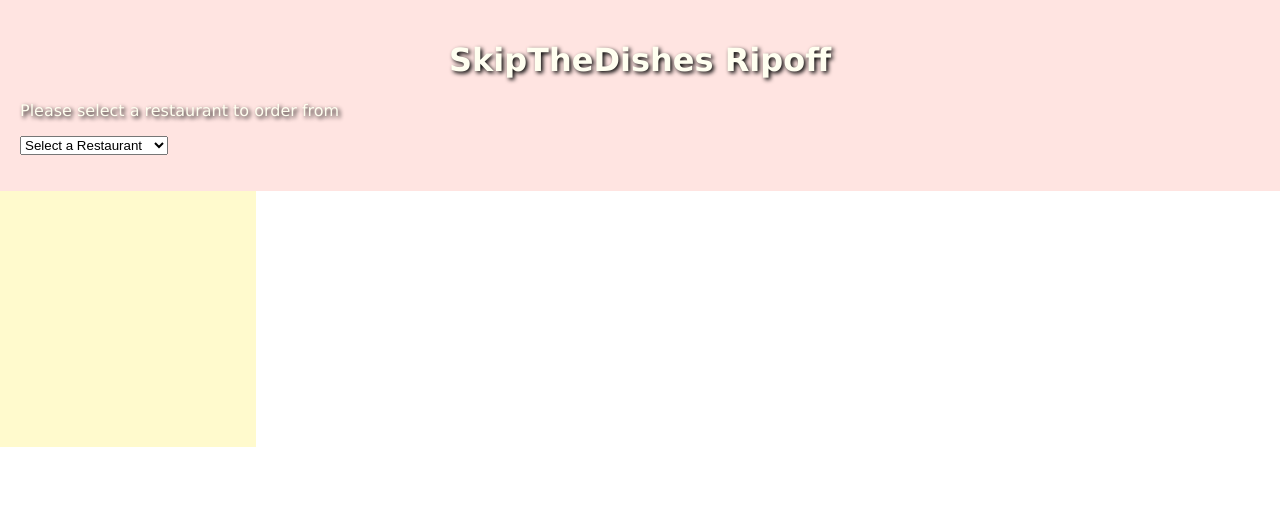
Repository: hudaali14/Carleton
Page: 2406/Assignments/Assignment1 (97)/order.html
An editor plug-in stored every save of this project. The page is shown before and after the next save, followed by the edit.
The browser window is 1280 px wide. The pictures show the whole page.

Above is the page before, as saved 2020-01-26 00:12:24.

### 2406/Assignments/Assignment1 (97)/order.html
<html>
    <head>
        <title> Title </title>
        <link rel="stylesheet" href="style.css">
    </head>
    <body onload="init()">
        <div id="header">
            <h1>SkipTheDishes Ripoff</h1>
            <div id="dropdownText">
                <p>Please select a restaurant to order from</p>
                <select id="dropdown">
                    <option value="select a restaurant" selected>Select a Restaurant</option>
                </select>
            </div>
            <p id="requirements"></p>
        </div>

        <div id="categories"></div>

        <div id="items"></div>

        <script src="client.js"></script>
    </body>
</html>

### 2406/Assignments/Assignment1 (97)/style.css
#header{
    margin: 0px;
    padding: 20px;
    border: 0px;
    text-align: center;
    background-color: mistyrose;
    color: ivory;
    text-shadow: 2px 2px 4px #000000;
    font-family: 'Lucida Sans';
}

#dropdownText{
    text-align:left;
}

#requirements{
    text-align: right;
}

#categories{
    padding: 10%;
    background-color: lemonchiffon;
    color: black;
    display: inline-block;
    border: 0px;
    margin: 0px;
}

#items{
    background-color: rgb(253, 193, 230);
    border: 0px;
    margin: 0px;
    color: black;
}

#image{
    width: 20px;
    height: 20px;
}


body{
    margin : 0;
}

### 2406/Assignments/Assignment1 (97)/client.js
let aragorn = {
	name: "Aragorn's Orc BBQ", //The name of the restaurant
	min_order: 20, //The minimum order amount required to place an order
	delivery_charge: 5, //The delivery charge for this restaurant
	//The menu
	menu: {
		//First category
		"Appetizers": {
			//First item of this category
			0: {
				name: "Orc feet",
				description: "Seasoned and grilled over an open flame.", //
				price: 5.50
			},
			1: {
				name: "Pickled Orc fingers",
				description: "Served with warm bread, 5 per order.",
				price: 4.00
			},
			2: { //Thank you Kiratchii
				name: "Sauron's Lava Soup",
				description: "It's just really spicy water.",
				price: 7.50
			},
			3: {
				name: "Eowyn's (In)Famous Stew",
				description: "Bet you can't eat it all.",
				price: 0.50
			},
			4: {
				name: "The 9 rings of men.",
				description: "The finest of onion rings served with 9 different dipping sauces.",
				price: 14.50
			}
		},
		"Combos": {
			5: {
				name: "Buying the Farm",
				description: "An arm and a leg, a side of cheek meat, and a buttered biscuit.",
				price: 15.99
			},
			6: {
				name: "The Black Gate Box",
				description: "Lots of unidentified pieces. Serves 50.",
				price: 65.00
			},
			7: {//Thanks to M_Sabeyon
				name: "Mount Doom Roast Special with Side of Precious Onion Rings.",
				description: "Smeagol's favorite.",
				price: 15.75
			},
			8: { //Thanks Shar[TA]
				name: "Morgoth's Scorched Burgers with Chips",
				description: "Blackened beyond recognition.",
				price: 13.33

			},
			9: {
				name: "Slab of Lurtz Meat with Greens.",
				description: "Get it while supplies last.",
				price: 17.50
			},
			10: {
				name: "Rangers Field Feast.",
				description: "Is it chicken? Is it rabbit? Or...",
				price: 5.99
			}
		},
		"Drinks": {
			11: {
				name: "Orc's Blood Mead",
				description: "It's actually raspberries - Orc's blood would be gross.",
				price: 5.99
			},
			12: {
				name: "Gondorian Grenache",
				description: "A fine rose wine.",
				price: 7.99
			},
			13: {
				name: "Mordor Mourvedre",
				description: "A less-fine rose wine.",
				price: 5.99
			}
		}
	}
};

let legolas = {
	name: "Lembas by Legolas",
	min_order: 15,
	delivery_charge: 3.99,
	menu: {
		"Lembas": {
			0: {
				name: "Single",
				description: "One piece of lembas.",
				price: 3
			},
			1: {
				name: "Double",
				description: "Two pieces of lembas.",
				price: 5.50
			},
			2: {
				name: "Triple",
				description: "Three pieces, which should be more than enough.",
				price: 8.00
			}
		},
		"Combos": {
			3: {
				name: "Second Breakfast",
				description: "Two pieces of lembas with honey.",
				price: 7.50
			},
			4: {
				name: "There and Back Again",
				description: "All you need for a long journey - 6 pieces of lembas, salted pork, and a flagon of wine.",
				price: 25.99
			},
			5: {
				name: "Best Friends Forever",
				description: "Lembas and a heavy stout.",
				price: 6.60
			}
		}
	}
};

let frodo = {
	name: "Frodo's Flapjacks",
	min_order: 35,
	delivery_charge: 6,
	menu: {
		"Breakfast": {
			0: {
				name: "Hobbit Hash",
				description: "Five flapjacks, potatoes, leeks, garlic, cheese.",
				price: 9.00
			},
			1: {
				name: "The Full Flapjack Breakfast",
				description: "Eight flapjacks, two sausages, 3 eggs, 4 slices of bacon, beans, and a coffee.",
				price: 14.00
			},
			2: {
				name: "Southfarthing Slammer",
				description: "15 flapjacks and 2 pints of syrup.",
				price: 12.00
			}

		},
		"Second Breakfast": {
			3: {
				name: "Beorning Breakfast",
				description: "6 flapjacks smothers in honey.",
				price: 7.50
			},
			4: {
				name: "Shire Strawberry Special",
				description: "6 flapjacks and a hearty serving of strawberry jam.",
				price: 8
			},
			5: {
				name: "Buckland Blackberry Breakfast",
				description: "6 flapjacks covered in fresh blackberries. Served with a large side of sausage.",
				price: 14.99
			}
		},
		"Elevenses": {
			6: {
				name: "Lembas",
				description: "Three pieces of traditional Elvish Waybread",
				price: 7.70
			},
			7: {
				name: "Muffins of the Marish",
				description: "A variety of 8 different types of muffins, served with tea.",
				price: 9.00
			},
			8: {
				name: "Hasty Hobbit Hash",
				description: "Potatoes with onions and cheese. Served with coffee.",
				price: 5.00
			}
		},
		"Luncheon": {
			9: {
				name: "Shepherd's Pie",
				description: "A classic. Includes 3 pies.",
				price: 15.99
			},
			10: {
				name: "Roast Pork",
				description: "An entire pig slow-roasted over a fire.",
				price: 27.99
			},
			11: {
				name: "Fish and Chips",
				description: "Fish - fried. Chips - nice and crispy.",
				price: 5.99
			}
		},
		"Afternoon Tea": {
			12: {
				name: "Tea",
				description: "Served with sugar and cream.",
				price: 3
			},
			13: {
				name: "Coffee",
				description: "Served with sugar and cream.",
				price: 3.50
			},
			14: {
				name: "Cookies and Cream",
				description: "A dozen cookies served with a vat of cream.",
				price: 15.99
			},
			15: {
				name: "Mixed Berry Pie",
				description: "Fresh baked daily.",
				price: 7.00
			}
		},
		"Dinner": {
			16: {
				name: "Po-ta-to Platter",
				description: "Boiled. Mashed. Stuck in a stew.",
				price: 6
			},
			17: {
				name: "Bree and Apple",
				description: "One wheel of brie with slices of apple.",
				price: 7.99
			},
			18: {
				name: "Maggot's Mushroom Mashup",
				description: "It sounds disgusting, but its pretty good",
				price: 6.50
			},
			19: {
				name: "Fresh Baked Bread",
				description: "A whole loaf of the finest bread the Shire has to offer.",
				price: 6
			},
			20: {
				name: "Pint of Ale",
				description: "Yes, it comes in pints.",
				price: 5
			}
		},
		"Supper": {
			21: {
				name: "Sausage Sandwich",
				description: "Six whole sausages served on a loaf of bread. Covered in onions, mushrooms and gravy.",
				price: 15.99
			},
			22: {
				name: "Shire Supper",
				description: "End the day as you started it, with a dozen flapjacks, 5 eggs, 3 sausages, 7 pieces of bacon, and a pint of ale.",
				price: 37.99
			}
		}
	}
};

let restaurants = [aragorn, legolas, frodo];
let order = [];

function init(){
	let r = document.getElementById("dropdown");
	for(i = 0; i<restaurants.length; i++){
		let resoptions = document.createElement("option");
		str = JSON.stringify(restaurants[i].name);
		resoptions.value = str;
		resoptions.text = str;
		r.appendChild(resoptions);
	}
	let category = document.getElementById("categories");
	//r.addEventListener("click", checkItemsMenu);
	r.onchange= displayCategories;
}

function checkItemsMenu(){
	if(order.length > 0){
		if(confirm("There is a current order with items in it. Do you want to clear the order?")){
			items = [];
			return;
		}
	}
}

function addItem(name, price){

}

function displayCategories(){
	let dropdownMenu=document.getElementById("dropdown");
	let category=document.getElementById("categories");
	category.innerHTML="";
	if(dropdownMenu.selectedIndex==1){
		let aragornMenu= ["Appetizers", "Combos","Drinks"];
		aragornMenu.forEach(element => {
			let txt= "#"+element;
			let para =document.createElement("a");
			para.innerHTML=element+"<br/>";
			para.href=txt;
			category.appendChild(para);
		});
		displayItems(aragorn, aragornMenu);
	}else if(dropdownMenu.selectedIndex==2){
		let legolasMenu=["Lembas", "Combos"];
		legolasMenu.forEach(element => {
			let txt= "#"+element;
			let para =document.createElement("a");
			para.innerHTML=element+"<br/>";
			para.href=txt;
			category.appendChild(para);
		});
		displayItems(legolas, legolasMenu);

	}else if(dropdownMenu.selectedIndex==3){
		let frodoMenu=["Breakfast","Second Breakfast","Elevenses","Luncheon","Afternoon Tea","Dinner","Supper"];
		frodoMenu.forEach(element => {
			let txt= "#"+element;
			let para =document.createElement("a");
			para.innerHTML=element+"<br/>";
			para.href=txt;
			category.appendChild(para);
		});
		displayItems(frodo, frodoMenu);
	}else{
		let x=5;
	}
}

function displayItems(restaurant, restaurantMenu){
	let itemMenu = document.getElementById("items");
	itemMenu.innerHTML = "";
	let categoryItems = restaurant.menu;
	let counter = 0;
  	for(let i = 0; i < restaurantMenu.length; i++){
		  let category = document.createElement("h3");
		  category.innerHTML = restaurantMenu[i]+"<br/>";
		  category.id= restaurantMenu[i];
		  itemMenu.appendChild(category);
    	while(typeof restaurant.menu[restaurantMenu[i]][counter] !== "undefined"){
			let item = restaurant.menu[restaurantMenu[i]][counter];
			let para = document.createElement("p");
			let image= document.createElement("img");
			image.id="image";
			image.src="https://p7.hiclipart.com/preview/27/906/465/symbol-cross-line-font-add.jpg";
			para.innerHTML = "Name: " + item.name + "<br/>";
			para.innerHTML += "Description: " + item.description + "<br/>";
			para.innerHTML += "Price: $" + item.price + "<br/>";
			itemMenu.appendChild(para);
			itemMenu.appendChild(image);
      		counter++;
    	}
  	}
}

After the next save:
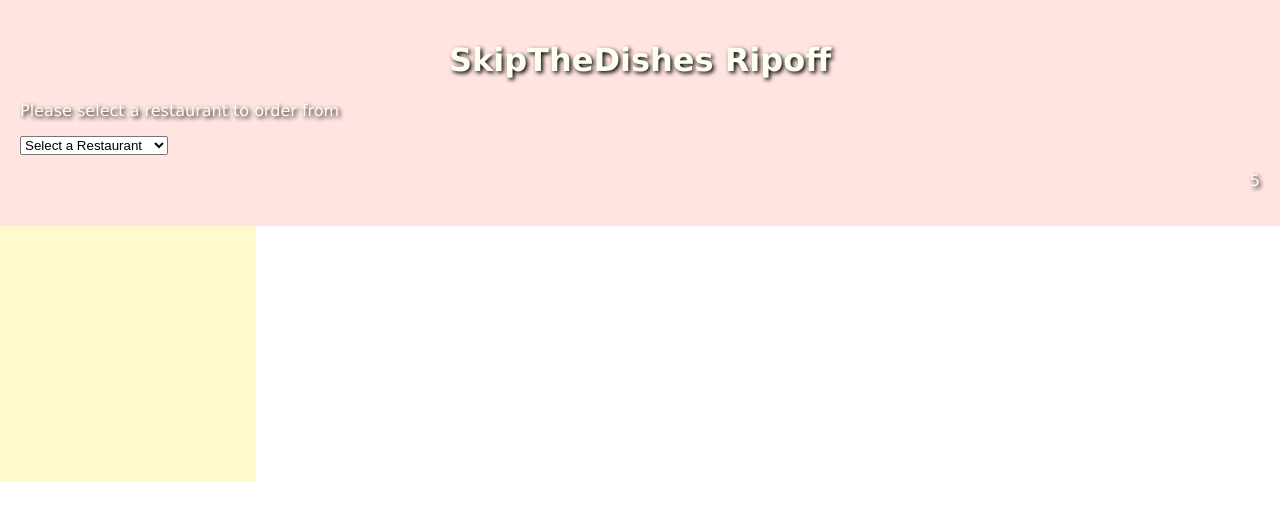
Saved 18 min 4 s later.
--- a/2406/Assignments/Assignment1 (97)/client.js
+++ b/2406/Assignments/Assignment1 (97)/client.js
@@ -281,6 +281,7 @@
 	let category = document.getElementById("categories");
 	//r.addEventListener("click", checkItemsMenu);
 	r.onchange= displayCategories;
+	r.onchange = displayRestaurant(r.selectedIndex);
 }
 
 function checkItemsMenu(){
@@ -290,6 +291,16 @@
 			return;
 		}
 	}
+}
+
+function displayRestaurant(index){
+	let dropdownMenu = document.getElementById("dropdown");
+	let requirements = document.getElementById("requirements");
+	let para = document.createElement("p");
+	para.innerHTML = restaurants[index].name;
+	para.innerHTML = restaurants[index].min_order;
+	para.innerHTML = restaurants[index].delivery_charge;
+	requirements.appendChild(para);
 }
 
 function addItem(name, price){

After the 2 saves that followed:
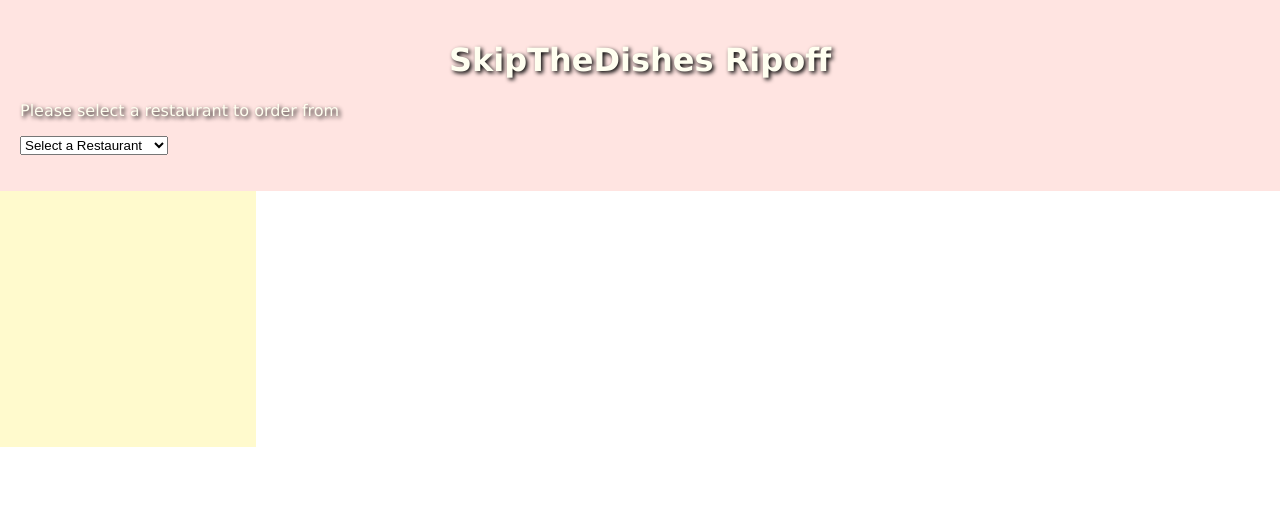
The 2 saves are shown as one change because 1 left the picture as it was.
The last was saved 58 s later.
--- a/2406/Assignments/Assignment1 (97)/client.js
+++ b/2406/Assignments/Assignment1 (97)/client.js
@@ -281,7 +281,7 @@
 	let category = document.getElementById("categories");
 	//r.addEventListener("click", checkItemsMenu);
 	r.onchange= displayCategories;
-	r.onchange = displayRestaurant(r.selectedIndex);
+	//r.onchange = displayRestaurant(r.selectedIndex);
 }
 
 function checkItemsMenu(){
@@ -294,8 +294,8 @@
 }
 
 function displayRestaurant(index){
-	let dropdownMenu = document.getElementById("dropdown");
 	let requirements = document.getElementById("requirements");
+	requirements.innerHTML="";
 	let para = document.createElement("p");
 	para.innerHTML = restaurants[index].name;
 	para.innerHTML = restaurants[index].min_order;
